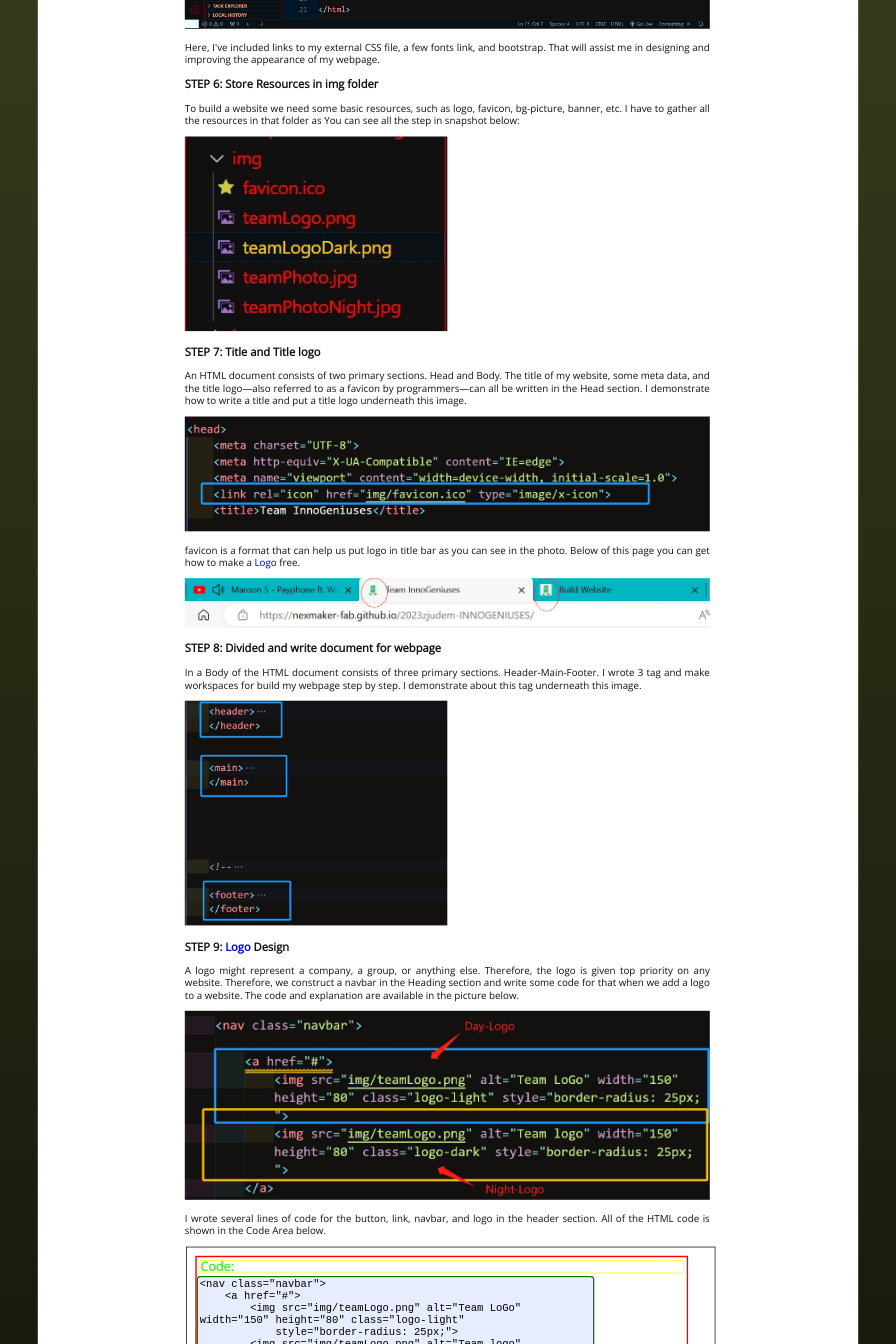
Repository: NexMaker-Fab/2023zjudem-INNOGENIUSES
Page: build web/page1.html
An editor plug-in stored every save of this project. The page is shown before and after the next save, followed by the edit.
The browser window is 1280 px wide. The pictures show the part of the page from y = 4580 to 6500 px (the page is 10887 px tall before and 10312 px after), at 70% of full size.

Above is the page before, as saved 2023-11-27 20:26:29.

After the next save:
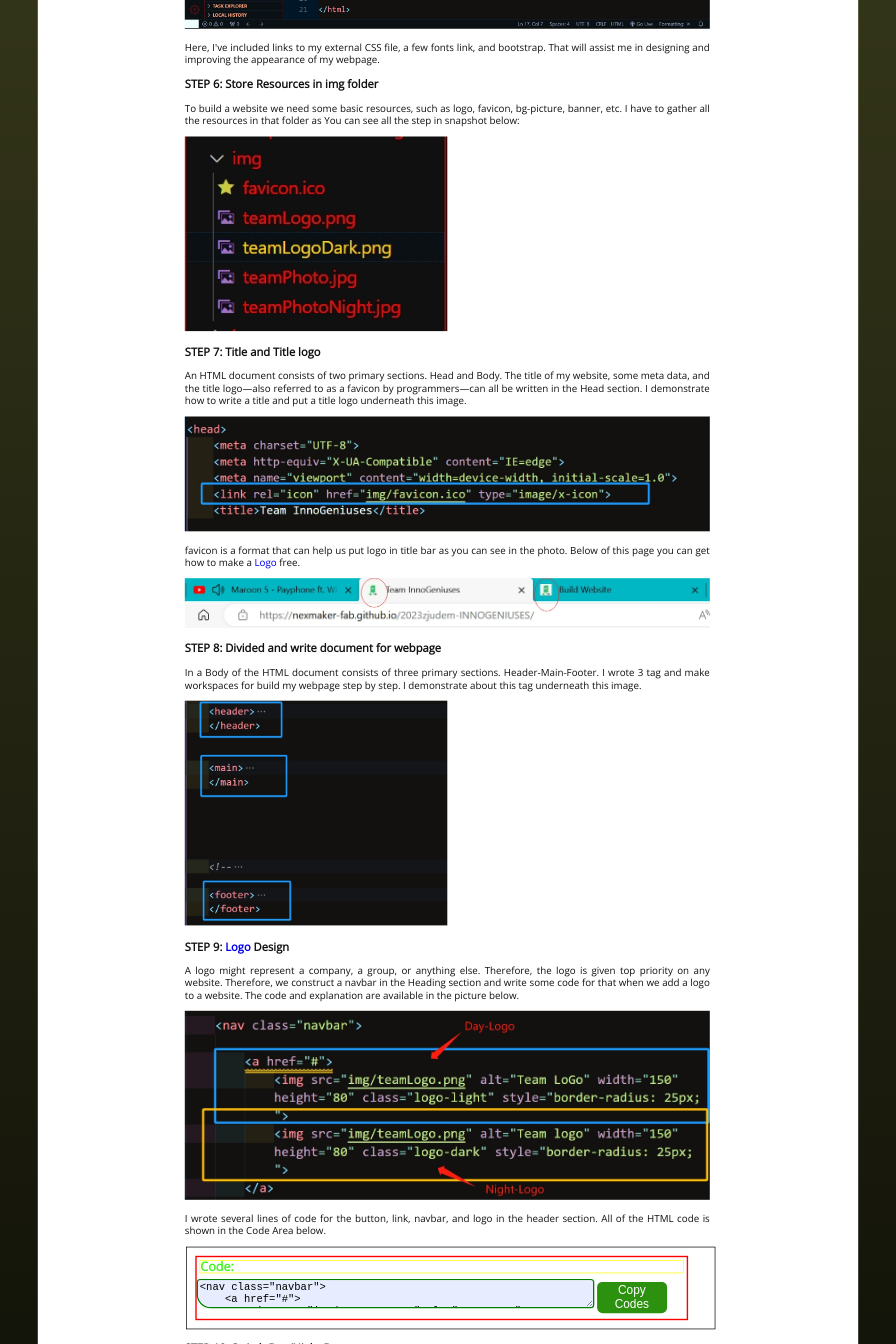
Saved 18 s later.
--- a/build web/styles.css
+++ b/build web/styles.css
@@ -431,7 +431,7 @@ ul#topnav li a:hover {
 /* CodeBox CSS */
 
 .code-boxes {
-    height: 400px;
+    height: 100%;
     width: 100%;
     display: flexbox;
     flex-direction: column;
